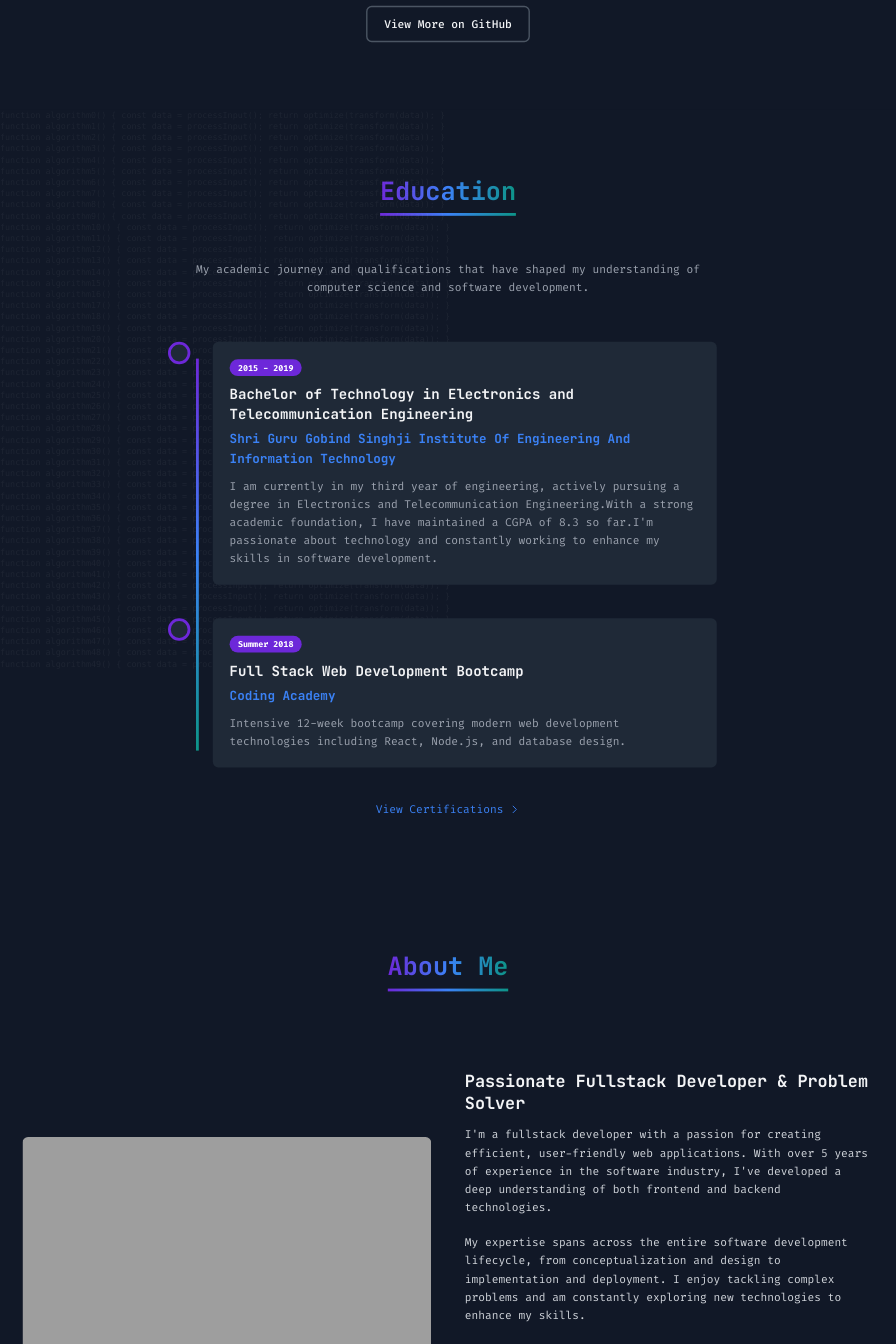
Repository: Saquib45/portfolio
Page: /
An editor plug-in stored every save of this project. The page is shown before and after the next save, followed by the edit.
The browser window is 1280 px wide. The pictures show the part of the page from y = 3905 to 5825 px (the page is 7559 px tall), at 70% of full size.
Pictures or frames that could not be fetched are drawn as grey boxes. The project was rebuilt for these pictures with package versions that can differ from the ones it lists, and the page was loaded fresh each time. Also part of the build but not shown: vite.config.ts.

Above is the page before, as saved 2025-04-24 14:20:10.

### index.html
<!doctype html>
<html lang="en">
  <head>
    <meta charset="UTF-8" />
    <link rel="icon" type="image/svg+xml" href="/vite.svg" />
    <meta name="viewport" content="width=device-width, initial-scale=1.0" />
    <title>Developer Portfolio | Fullstack Software Engineer</title>
    <link rel="preconnect" href="https://fonts.googleapis.com">
    <link rel="preconnect" href="https://fonts.gstatic.com" crossorigin>
    <link href="https://fonts.googleapis.com/css2?family=JetBrains+Mono:wght@400;500;700&family=Fira+Code:wght@300;400;500;700&display=swap" rel="stylesheet">
  </head>
  <body>
    <div id="root"></div>
    <script type="module" src="/src/main.tsx"></script>
  </body>
</html>

### src/App.tsx
import React from 'react';
import Navbar from './components/Navbar';
import Hero from './components/Hero';
import Skills from './components/Skills';
import Projects from './components/Projects';
import Education from './components/Education';
import About from './components/About';
import Contact from './components/Contact';
import Footer from './components/Footer';
import FloatingNav from './components/FloatingNav';

function App() {
  return (
    <div className="bg-gray-900 text-gray-100 font-fira">
      <Navbar />
      <main>
        <Hero />
        <Skills />
        <Projects />
        <Education />
        <About />
        <Contact />
      </main>
      <Footer />
      <FloatingNav />
    </div>
  );
}

export default App;

### src/index.css
@tailwind base;
@tailwind components;
@tailwind utilities;

@layer base {
  html {
    scroll-behavior: smooth;
  }

  body {
    @apply bg-gray-900 text-gray-100;
    overflow-x: hidden;
  }

  h1, h2, h3, h4, h5, h6 {
    @apply font-jetbrains font-bold;
  }

  h1 {
    @apply text-4xl md:text-5xl lg:text-6xl;
  }

  h2 {
    @apply text-3xl md:text-4xl;
  }

  h3 {
    @apply text-2xl md:text-3xl;
  }

  p {
    @apply leading-relaxed;
  }
}

@layer components {
  .container-custom {
    @apply container mx-auto px-4 sm:px-6 lg:px-8 max-w-7xl;
  }

  .gradient-text {
    @apply bg-clip-text text-transparent bg-gradient-to-r from-primary via-accent to-secondary;
  }

  .section-padding {
    @apply py-16 md:py-24;
  }

  .section-title {
    @apply text-3xl md:text-4xl font-bold mb-12 text-center relative pb-4 inline-block;
  }

  .section-title::after {
    content: '';
    @apply absolute bottom-0 left-0 w-full h-1 bg-gradient-to-r from-primary via-accent to-secondary;
  }

  .card {
    @apply bg-gray-800 rounded-lg p-6 transition-all;
  }

  .btn {
    @apply inline-flex items-center justify-center px-6 py-3 rounded-lg font-medium transition-all duration-300 focus:outline-none focus:ring-2 focus:ring-offset-2 focus:ring-offset-gray-900;
  }

  .btn-primary {
    @apply bg-primary hover:bg-primary-600 text-white focus:ring-primary;
  }

  .btn-secondary {
    @apply bg-secondary hover:bg-secondary-600 text-white focus:ring-secondary;
  }

  .btn-accent {
    @apply bg-accent hover:bg-accent-600 text-white focus:ring-accent;
  }

  .btn-outline {
    @apply border-2 border-gray-600 hover:border-primary hover:text-primary focus:ring-primary;
  }

  .input {
    @apply block w-full px-4 py-3 bg-gray-800 border border-gray-700 rounded-lg focus:outline-none focus:ring-2 focus:ring-primary focus:border-transparent transition-colors;
  }
}

/* Scroll animations */
.fade-in-section {
  opacity: 0;
  transform: translateY(20px);
  transition: opacity 0.6s ease-out, transform 0.6s ease-out;
}

.fade-in-section.is-visible {
  opacity: 1;
  transform: translateY(0);
}

/* Project card hover effect */
.project-card {
  transition: transform 0.3s ease, box-shadow 0.3s ease;
}

.project-card:hover {
  transform: translateY(-5px);
  box-shadow: 0 10px 20px rgba(0, 0, 0, 0.2);
}

/* Cursor animation */
.cursor {
  display: inline-block;
  width: 2px;
  height: 1em;
  background-color: currentColor;
  margin-left: 2px;
  animation: blink 1s infinite;
}

@keyframes blink {
  0%, 100% { opacity: 1; }
  50% { opacity: 0; }
}

/* Skill card hover effect */
.skill-card {
  transition: all 0.3s ease;
}

.skill-card:hover {
  transform: translateY(-5px);
  box-shadow: 0 0 15px rgba(109, 40, 217, 0.5);
}

### src/components/Hero.tsx
import React from 'react';
import { motion } from 'framer-motion';
import { TypeAnimation } from 'react-type-animation';
import { ChevronDown } from 'lucide-react';
import { Link } from 'react-scroll';

const Hero: React.FC = () => {
  return (
    <section
      id="hero"
      className="relative min-h-screen flex items-center justify-center bg-hero-pattern bg-gray-900 overflow-hidden"
    >
      <div className="absolute inset-0 bg-gradient-radial from-transparent to-gray-900 z-0"></div>

      {/* Animated Background Elements */}
      <div className="absolute inset-0 z-0">
        <motion.div
          className="absolute top-1/4 left-1/4 w-64 h-64 bg-primary/20 rounded-full blur-3xl"
          animate={{
            x: [0, 50, 0],
            y: [0, 30, 0],
          }}
          transition={{
            duration: 15,
            repeat: Infinity,
            ease: "easeInOut"
          }}
        />
        <motion.div
          className="absolute bottom-1/3 right-1/3 w-96 h-96 bg-secondary/20 rounded-full blur-3xl"
          animate={{
            x: [0, -70, 0],
            y: [0, 40, 0],
          }}
          transition={{
            duration: 18,
            repeat: Infinity,
            ease: "easeInOut",
            delay: 1
          }}
        />
        <motion.div
          className="absolute top-1/2 right-1/4 w-72 h-72 bg-accent/20 rounded-full blur-3xl"
          animate={{
            x: [0, 60, 0],
            y: [0, -40, 0],
          }}
          transition={{
            duration: 20,
            repeat: Infinity,
            ease: "easeInOut",
            delay: 2
          }}
        />
      </div>

      <div className="container-custom relative z-10">
        <motion.div
          className="text-center"
          initial={{ opacity: 0, y: 20 }}
          animate={{ opacity: 1, y: 0 }}
          transition={{ duration: 0.8 }}
        >
          <motion.p
            className="text-lg md:text-xl text-accent mb-4"
            initial={{ opacity: 0 }}
            animate={{ opacity: 1 }}
            transition={{ delay: 0.2, duration: 0.8 }}
          >
            Hello, I'm
          </motion.p>

          <motion.h1
            className="text-4xl md:text-6xl lg:text-7xl font-bold mb-6"
            initial={{ opacity: 0 }}
            animate={{ opacity: 1 }}
            transition={{ delay: 0.4, duration: 0.8 }}
          >
            <span className="gradient-text">Sakib Maniyar</span>
          </motion.h1>

          <motion.div
            className="text-xl md:text-3xl text-gray-300 mb-8 h-16 flex justify-center items-center"
            initial={{ opacity: 0 }}
            animate={{ opacity: 1 }}
            transition={{ delay: 0.6, duration: 0.8 }}
          >
            <TypeAnimation
              sequence={[
                'Fullstack Developer',
                2000,
                'Software Developer',
                2000,
                'Problem Solver',
                2000,
                'Code Craftsman',
                2000,
              ]}
              speed={50}
              repeat={Infinity}
              className="font-jetbrains"
            />
          </motion.div>

          <motion.div
            className="flex flex-col sm:flex-row justify-center gap-4"
            initial={{ opacity: 0 }}
            animate={{ opacity: 1 }}
            transition={{ delay: 0.8, duration: 0.8 }}
          >
            <Link
              to="projects"
              smooth={true}
              duration={800}
              offset={-70}
              className="btn btn-primary"
            >
              View My Work
            </Link>
            <Link
              to="contact"
              smooth={true}
              duration={800}
              offset={-70}
              className="btn btn-outline"
            >
              Contact Me
            </Link>
          </motion.div>
        </motion.div>
      </div>

      <div className="absolute bottom-8 left-1/2 transform -translate-x-1/2 z-10">
        <motion.div
          animate={{ y: [0, 10, 0] }}
          transition={{
            duration: 1.5,
            repeat: Infinity,
            ease: "easeInOut"
          }}
        >
          <Link
            to="skills"
            smooth={true}
            duration={800}
            className="cursor-pointer"
          >
            <ChevronDown className="w-8 h-8 text-gray-400 hover:text-white transition-colors" />
          </Link>
        </motion.div>
      </div>
    </section>
  );
};

export default Hero;

### src/components/Education.tsx
import React from 'react';
import { motion } from 'framer-motion';
import { useInView } from 'react-intersection-observer';

interface EducationItem {
  degree: string;
  institution: string;
  period: string;
  description: string;
}

const Education: React.FC = () => {
  const [ref, inView] = useInView({
    triggerOnce: true,
    threshold: 0.1,
  });

  const containerVariants = {
    hidden: { opacity: 0 },
    visible: {
      opacity: 1,
      transition: {
        staggerChildren: 0.3,
      },
    },
  };

  const itemVariants = {
    hidden: { x: -50, opacity: 0 },
    visible: {
      x: 0,
      opacity: 1,
      transition: { duration: 0.6, ease: "easeOut" },
    },
  };

  const education: EducationItem[] = [
    // {
    //   degree: "Master of Science in Computer Science",
    //   institution: "Stanford University",
    //   period: "2019 - 2021",
    //   description: "Specialized in Artificial Intelligence and Machine Learning. Completed thesis on 'Neural Network Optimization Techniques for Real-time Applications'."
    // },
    {
      degree: "Bachelor of Technology in Electronics and Telecommunication Engineering",
      institution: "Shri Guru Gobind Singhji Institute  Of Engineering And Information Technology",
      period: "2015 - 2019",
      description: "I am currently in my third year of engineering, actively pursuing a degree in Electronics and Telecommunication Engineering.With a strong academic foundation, I have maintained a CGPA of 8.3 so far.I'm passionate about technology and constantly working to enhance my skills in software development."
    },
    {
      degree: "Full Stack Web Development Bootcamp",
      institution: "Coding Academy",
      period: "Summer 2018",
      description: "Intensive 12-week bootcamp covering modern web development technologies including React, Node.js, and database design."
    },
  ];

  return (
    <section id="education" className="section-padding bg-gray-900 relative overflow-hidden">
      <div className="container-custom">
        <div className="text-center mb-16">
          <h2 className="section-title inline-block">
            <span className="gradient-text">Education</span>
          </h2>
          <p className="mt-4 text-gray-400 max-w-3xl mx-auto">
            My academic journey and qualifications that have shaped my understanding of computer science and software development.
          </p>
        </div>

        {/* Decorative code background */}
        <div className="absolute inset-0 opacity-5 text-xs font-mono overflow-hidden pointer-events-none">
          {Array.from({ length: 50 }).map((_, i) => (
            <div key={i} className="whitespace-nowrap">
              {`function algorithm${i}() { const data = processInput(); return optimize(transform(data)); }`}
            </div>
          ))}
        </div>

        <motion.div
          ref={ref}
          variants={containerVariants}
          initial="hidden"
          animate={inView ? "visible" : "hidden"}
          className="relative z-10 max-w-3xl mx-auto"
        >
          <div className="absolute left-6 top-6 bottom-6 w-1 bg-gradient-to-b from-primary via-accent to-secondary"></div>

          {education.map((item, index) => (
            <motion.div
              key={index}
              variants={itemVariants}
              className="mb-12 ml-12 relative"
            >
              <div className="absolute -left-16 top-0 w-8 h-8 bg-gray-800 border-4 border-primary rounded-full"></div>
              <div className="bg-gray-800 rounded-lg p-6 hover:shadow-lg transition-shadow">
                <span className="inline-block px-3 py-1 text-xs font-semibold text-white bg-primary rounded-full mb-3">
                  {item.period}
                </span>
                <h3 className="text-xl font-bold mb-2">{item.degree}</h3>
                <h4 className="text-lg text-accent mb-3">{item.institution}</h4>
                <p className="text-gray-400">{item.description}</p>
              </div>
            </motion.div>
          ))}
        </motion.div>

        <div className="mt-12 text-center relative z-10">
          <a
            href="#"
            className="inline-flex items-center text-accent hover:text-primary transition-colors"
          >
            <span>View Certifications</span>
            <svg
              xmlns="http://www.w3.org/2000/svg"
              className="h-4 w-4 ml-2"
              fill="none"
              viewBox="0 0 24 24"
              stroke="currentColor"
            >
              <path
                strokeLinecap="round"
                strokeLinejoin="round"
                strokeWidth={2}
                d="M9 5l7 7-7 7"
              />
            </svg>
          </a>
        </div>
      </div>
    </section>
  );
};

export default Education;

### src/components/Footer.tsx
import React from 'react';
import { Github, Linkedin, Twitter, ArrowUp } from 'lucide-react';
import { Link } from 'react-scroll';

const Footer: React.FC = () => {
  const currentYear = new Date().getFullYear();

  return (
    <footer className="bg-gray-950 pt-16 pb-6 relative">
      <div className="container-custom">
        <div className="grid grid-cols-1 md:grid-cols-2 lg:grid-cols-4 gap-8 mb-12">
          <div>
            <h4 className="text-xl font-bold mb-4 gradient-text">
              DEVFOLIO
            </h4>
            <p className="text-gray-400 mb-4">
              Fullstack developer specializing in building exceptional digital experiences.
            </p>
            <div className="flex space-x-4">
              <a
                href="https://github.com"
                target="_blank"
                rel="noopener noreferrer"
                className="text-gray-400 hover:text-primary transition-colors"
                aria-label="GitHub"
              >
                <Github size={20} />
              </a>
              <a
                href="https://linkedin.com"
                target="_blank"
                rel="noopener noreferrer"
                className="text-gray-400 hover:text-accent transition-colors"
                aria-label="LinkedIn"
              >
                <Linkedin size={20} />
              </a>
              <a
                href="https://twitter.com"
                target="_blank"
                rel="noopener noreferrer"
                className="text-gray-400 hover:text-secondary transition-colors"
                aria-label="Twitter"
              >
                <Twitter size={20} />
              </a>
            </div>
          </div>

          <div>
            <h4 className="text-lg font-bold mb-4">Navigation</h4>
            <ul className="space-y-2">
              {['Home', 'Skills', 'Projects', 'Education', 'About', 'Contact'].map((item) => (
                <li key={item}>
                  <Link
                    to={item.toLowerCase()}
                    smooth={true}
                    duration={500}
                    offset={-70}
                    className="text-gray-400 hover:text-primary transition-colors cursor-pointer"
                  >
                    {item}
                  </Link>
                </li>
              ))}
            </ul>
          </div>

          <div>
            <h4 className="text-lg font-bold mb-4">Services</h4>
            <ul className="space-y-2">
              {['Web Development', 'Frontend Design', 'Backend Systems', 'API Development', 'Database Design', 'UI/UX Design'].map((item) => (
                <li key={item}>
                  <span className="text-gray-400 cursor-default">{item}</span>
                </li>
              ))}
            </ul>
          </div>

          <div>
            <h4 className="text-lg font-bold mb-4">Contact</h4>
            <ul className="space-y-2 text-gray-400">
              <li>San Francisco, California</li>
              <li>contact@johndoe.dev</li>
              <li>+1 (234) 567-8900</li>
            </ul>
          </div>
        </div>

        <div className="border-t border-gray-800 pt-6 mt-6 flex flex-col sm:flex-row justify-between items-center">
          <p className="text-gray-500 text-sm mb-4 sm:mb-0">
            &copy; {currentYear} John Doe. All rights reserved.
          </p>
          <Link
            to="hero"
            smooth={true}
            duration={800}
            className="p-3 bg-gray-800 rounded-full text-gray-400 hover:text-white transition-colors cursor-pointer"
            aria-label="Back to top"
          >
            <ArrowUp size={20} />
          </Link>
        </div>
      </div>
    </footer>
  );
};

export default Footer;

### src/components/FloatingNav.tsx
import React, { useState, useEffect } from 'react';
import { Link } from 'react-scroll';
import { Home, Code, Briefcase, GraduationCap, User, Mail, Menu, X } from 'lucide-react';

const FloatingNav: React.FC = () => {
  const [isVisible, setIsVisible] = useState(false);
  const [isOpen, setIsOpen] = useState(false);

  useEffect(() => {
    const toggleVisibility = () => {
      if (window.scrollY > 300) {
        setIsVisible(true);
      } else {
        setIsVisible(false);
        setIsOpen(false);
      }
    };

    window.addEventListener('scroll', toggleVisibility);
    return () => window.removeEventListener('scroll', toggleVisibility);
  }, []);

  const toggleMenu = () => {
    setIsOpen(!isOpen);
  };

  const navItems = [
    { name: 'Home', icon: <Home size={18} />, target: 'hero' },
    { name: 'Skills', icon: <Code size={18} />, target: 'skills' },
    { name: 'Projects', icon: <Briefcase size={18} />, target: 'projects' },
    { name: 'Education', icon: <GraduationCap size={18} />, target: 'education' },
    { name: 'About', icon: <User size={18} />, target: 'about' },
    { name: 'Contact', icon: <Mail size={18} />, target: 'contact' },
  ];

  if (!isVisible) return null;

  return (
    <div className="fixed bottom-6 right-6 z-50">
      <button
        onClick={toggleMenu}
        className={`w-12 h-12 rounded-full flex items-center justify-center ${
          isOpen ? 'bg-primary text-white' : 'bg-gray-800 text-white'
        } shadow-lg hover:shadow-xl transition-all duration-300 focus:outline-none`}
        aria-label={isOpen ? 'Close navigation menu' : 'Open navigation menu'}
      >
        {isOpen ? <X size={20} /> : <Menu size={20} />}
      </button>

      {isOpen && (
        <div className="absolute right-0 bottom-16 p-2 bg-gray-800 rounded-lg shadow-xl">
          <ul className="space-y-2">
            {navItems.map((item) => (
              <li key={item.name}>
                <Link
                  to={item.target}
                  smooth={true}
                  duration={500}
                  offset={-70}
                  onClick={() => setIsOpen(false)}
                  className="flex items-center px-4 py-2 rounded-lg hover:bg-gray-700 text-gray-300 hover:text-white transition-colors cursor-pointer"
                >
                  <span className="mr-3">{item.icon}</span>
                  <span>{item.name}</span>
                </Link>
              </li>
            ))}
          </ul>
        </div>
      )}
    </div>
  );
};

export default FloatingNav;

Loaded but not shown: src/main.tsx (common file); tailwind.config.js (68 lines, source omitted); src/components/Contact.tsx (242 lines, source omitted); src/components/Skills.tsx (144 lines, source omitted); src/components/Projects.tsx (163 lines, source omitted); src/components/About.tsx (113 lines, source omitted); src/components/Navbar.tsx (154 lines, source omitted)

After the next save:
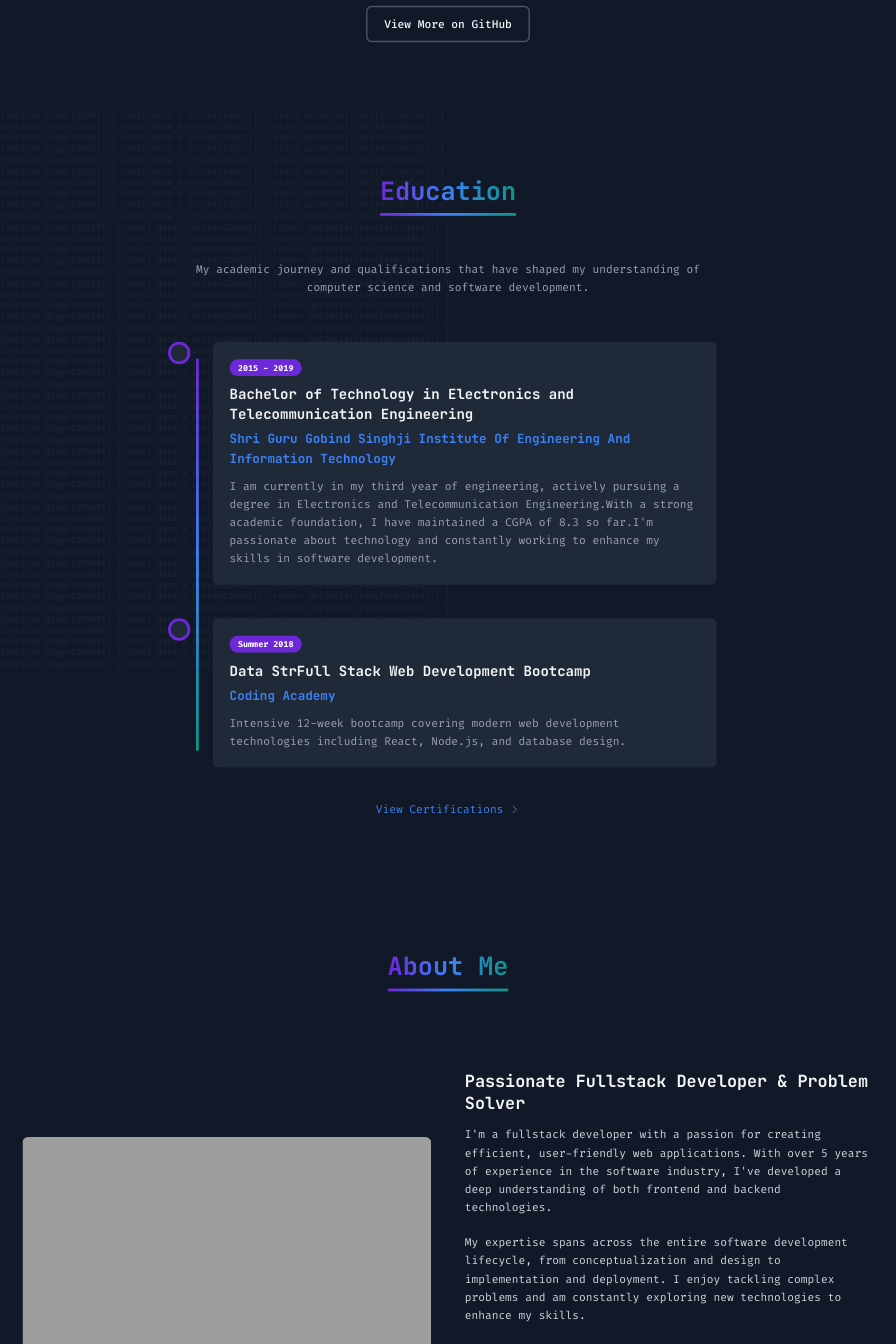
Saved 84 s later.
--- a/src/components/Education.tsx
+++ b/src/components/Education.tsx
@@ -48,7 +48,7 @@ const Education: React.FC = () => {
       description: "I am currently in my third year of engineering, actively pursuing a degree in Electronics and Telecommunication Engineering.With a strong academic foundation, I have maintained a CGPA of 8.3 so far.I'm passionate about technology and constantly working to enhance my skills in software development."
     },
     {
-      degree: "Full Stack Web Development Bootcamp",
+      degree: "Data StrFull Stack Web Development Bootcamp",
       institution: "Coding Academy",
       period: "Summer 2018",
       description: "Intensive 12-week bootcamp covering modern web development technologies including React, Node.js, and database design."
